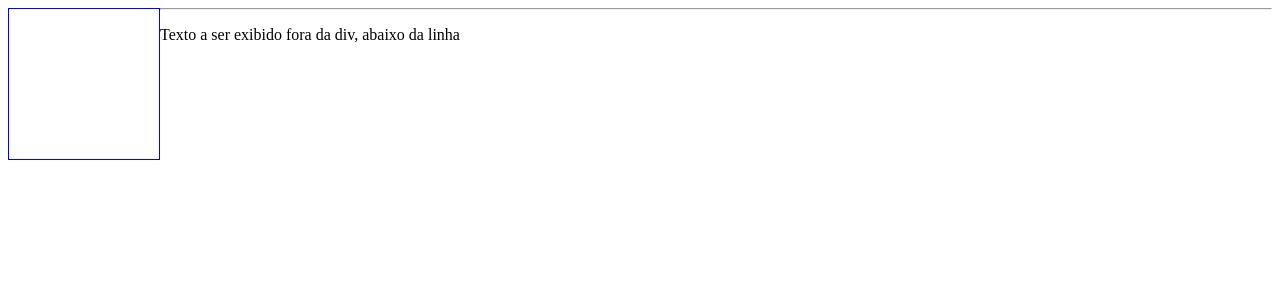
Repository: NicholasMaestrello/treinamento-impacta
Page: DesenvolvimentoJava/Modulo06/01_ConceitosHTMLCSS/WebContent/exemplo_float.html
These files come from the project's save history. The page is drawn as it stood at one moment and after the next save; the edit follows.
The browser window is 1280 px wide. The pictures show the whole page.

Above is the page before, as saved 2017-10-18 16:39:56.

### DesenvolvimentoJava/Modulo06/01_ConceitosHTMLCSS/WebContent/exemplo_float.html
<!DOCTYPE html>
<html>
<head>
<meta charset="ISO-8859-1">
<title>Exemplo float</title>

<style type="text/css">
	.borda{
		border: 1px solid blue;
		width: 150px;
		height: 150px;
		float: left;
	}
	.clear{
		clear: both;
	}
</style>

</head>
<body>
	<div class="borda"></div>
	<hr/>
	<p>Texto a ser exibido fora da div, abaixo da linha </p>

</body>
</html>

After the next save:
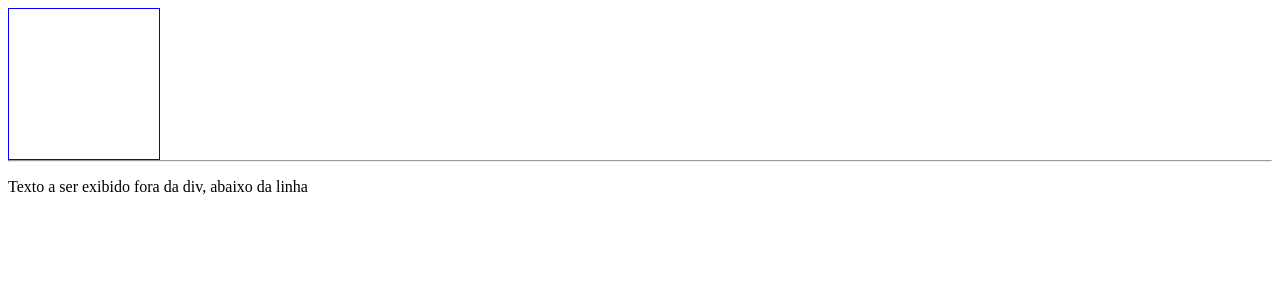
Saved 42 s later.
--- a/DesenvolvimentoJava/Modulo06/01_ConceitosHTMLCSS/WebContent/exemplo_float.html
+++ b/DesenvolvimentoJava/Modulo06/01_ConceitosHTMLCSS/WebContent/exemplo_float.html
@@ -19,7 +19,7 @@
 </head>
 <body>
 	<div class="borda"></div>
-	<hr/>
+	<hr class="clear"/>
 	<p>Texto a ser exibido fora da div, abaixo da linha </p>
 
 </body>
